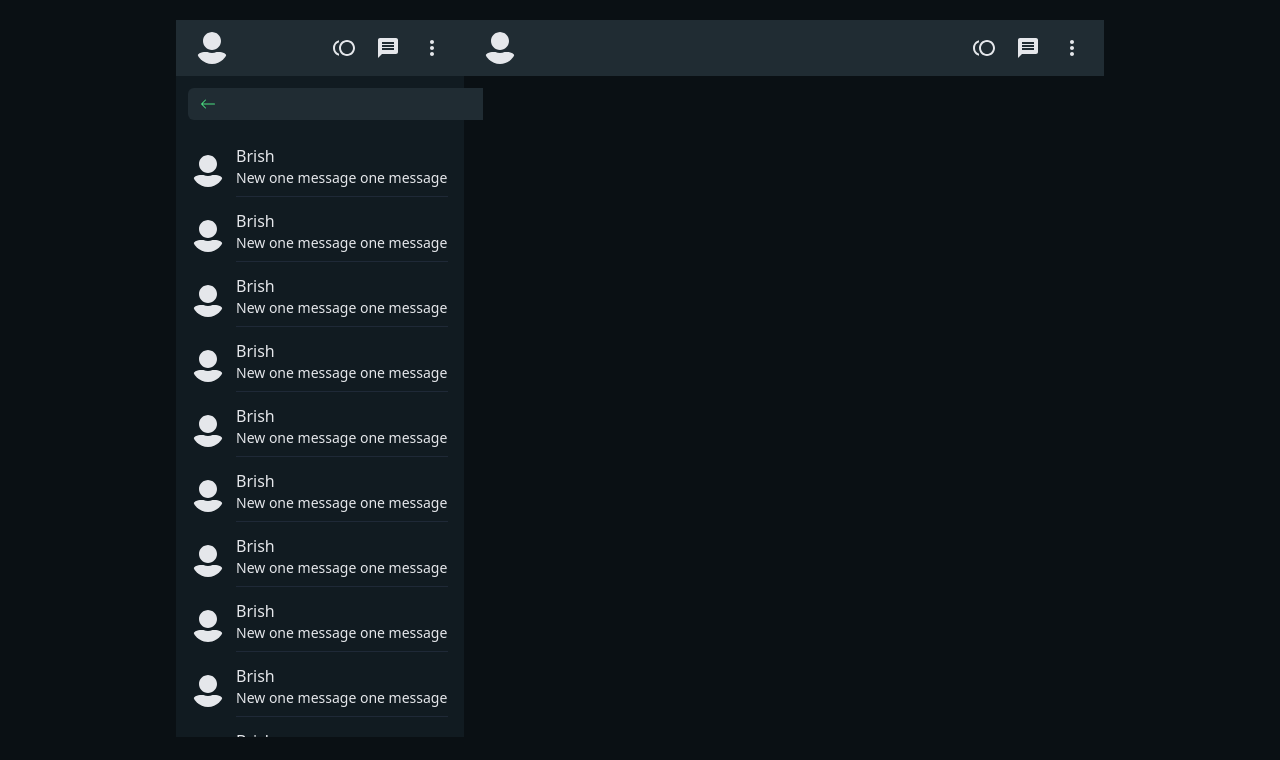
Repository: satya-ranjon/whatsapp-clone-dev
Page: /
The author's editor kept a copy of each file at every save. The page is drawn from the files as they stood at one save, then again after the next save.
The browser window is 1280 px wide. The pictures show the whole page.
The project was rebuilt for these pictures with package versions that can differ from the ones it lists, and the page was loaded fresh each time.

Above is the page before, as saved 2022-04-09 07:33:29.

After the next save:
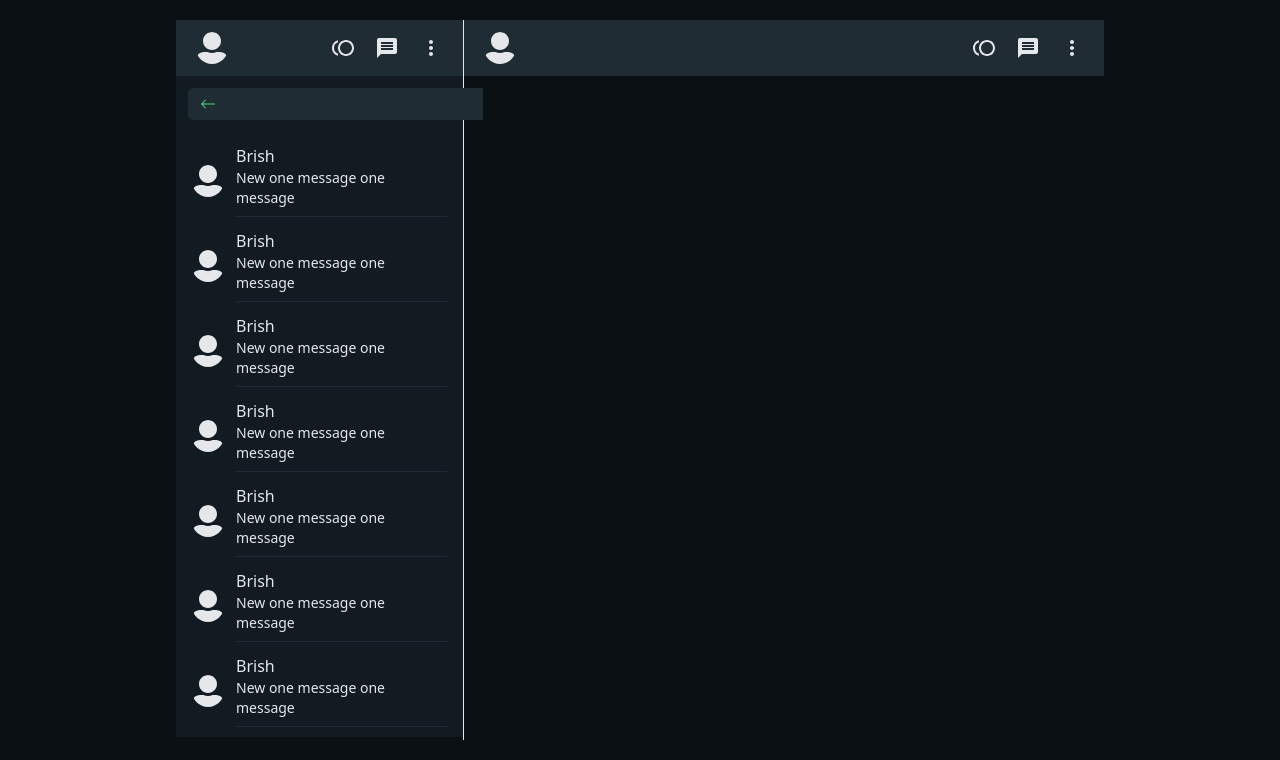
Saved 56 s later.
--- a/src/Components/SideBar.jsx
+++ b/src/Components/SideBar.jsx
@@ -5,7 +5,7 @@
 
 export default function SideBar() {
   return (
-    <div className="w-72">
+    <div className="w-72 border-r-[1px] border-b-gray-700">
       <div className="flex justify-between font-semibold text-2xl px-5 py-3 bg-[#202c33] text-gray-200">
         <div>
           <FaUserAlt className="rounded-full w-8 h-8" />

After the 6 saves that followed:
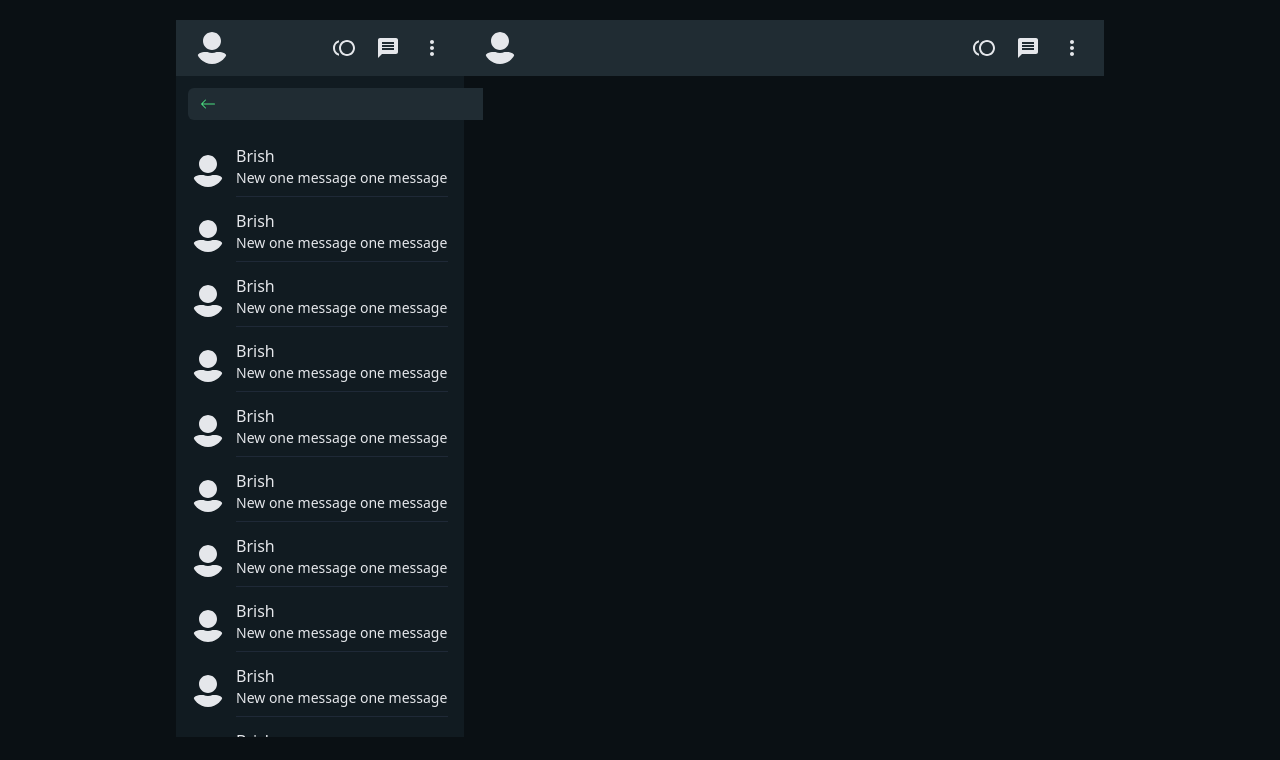
The 6 saves are shown as one change because 4 left the picture as it was and some came seconds apart.
The last was saved 100 s later.
--- a/src/Components/SideBar.jsx
+++ b/src/Components/SideBar.jsx
@@ -5,7 +5,7 @@
 
 export default function SideBar() {
   return (
-    <div className="w-72 border-r-[1px] border-b-gray-700">
+    <div className="w-72 border-r-[0px] border-b-gray-800">
       <div className="flex justify-between font-semibold text-2xl px-5 py-3 bg-[#202c33] text-gray-200">
         <div>
           <FaUserAlt className="rounded-full w-8 h-8" />
